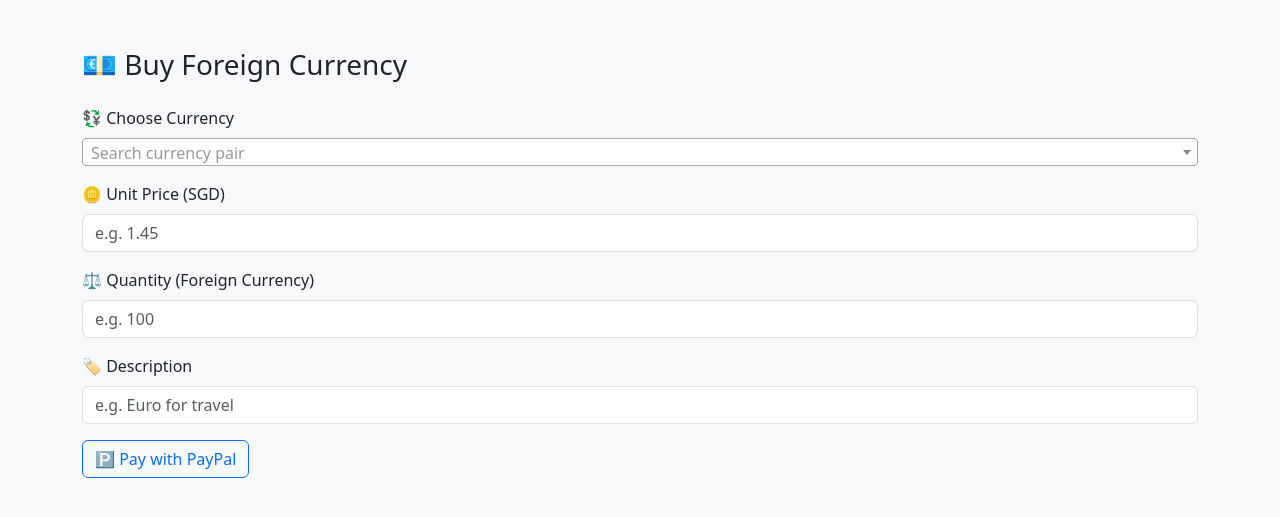
Repository: MayThetNaingBo/MerlionFX-app
Page: templates/create_order.html
These files come from the project's save history. The page is drawn as it stood at one moment and after the next save; the edit follows.
The browser window is 1280 px wide. The pictures show the whole page.
Some web libraries are served in a nearby version. The page is served by the project's application, run on Flask 3 (app.py). The template is opened directly, without the code that normally fills it, so the values that code supplies are empty.

Above is the page before, as saved 2025-08-05 01:43:48.

After the next save:
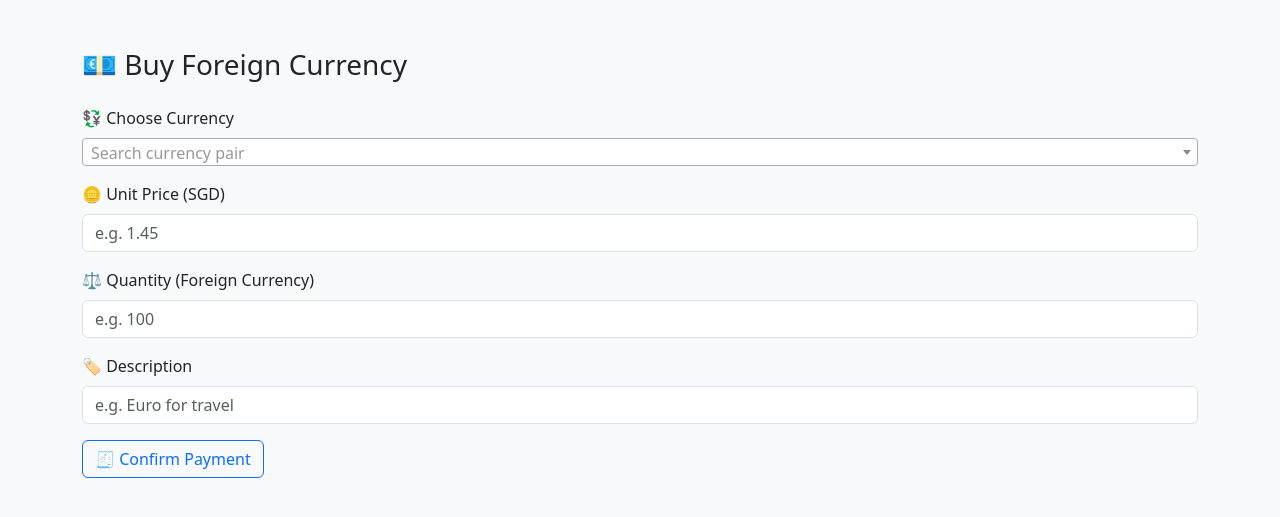
Saved 110 s later.
--- a/templates/create_order.html
+++ b/templates/create_order.html
@@ -3,11 +3,12 @@
 <head>
   <title>Buy FX - Merlion</title>
   <link href="https://cdn.jsdelivr.net/npm/bootstrap@5.3.2/dist/css/bootstrap.min.css" rel="stylesheet">
-
-  <!-- Add jQuery and Select2 for searchable dropdown -->
   <script src="https://code.jquery.com/jquery-3.6.0.min.js"></script>
   <link href="https://cdn.jsdelivr.net/npm/select2@4.1.0-rc.0/dist/css/select2.min.css" rel="stylesheet" />
   <script src="https://cdn.jsdelivr.net/npm/select2@4.1.0-rc.0/dist/js/select2.min.js"></script>
+
+  <!-- Bootstrap JS (for modal) -->
+  <script src="https://cdn.jsdelivr.net/npm/bootstrap@5.3.2/dist/js/bootstrap.bundle.min.js"></script>
 
   <script>
     $(document).ready(function() {
@@ -16,9 +17,8 @@
         width: '100%'
       });
 
-      // Fetch rate when currency changes
       $('#currencySelect').on('change', function () {
-        const selectedPair = $(this).val(); // e.g. "EURSGD"
+        const selectedPair = $(this).val();
         $.get("/get_fx_rate", { pair: selectedPair }, function (data) {
           if (data.rate) {
             $('input[name="itemUnitAmount"]').val(data.rate.toFixed(5));
@@ -27,6 +27,25 @@
           }
         });
       });
+
+      $('#confirmBtn').on('click', function (e) {
+        e.preventDefault();
+        const unitPrice = parseFloat($('input[name="itemUnitAmount"]').val());
+        const quantity = parseFloat($('input[name="itemQuantity"]').val());
+        const total = (unitPrice * quantity).toFixed(2);
+
+        $('#modalCurrency').text($('#currencySelect option:selected').text());
+        $('#modalQuantity').text(quantity);
+        $('#modalUnitPrice').text(unitPrice.toFixed(5));
+        $('#modalTotal').text(total);
+
+        const myModal = new bootstrap.Modal(document.getElementById('confirmModal'));
+        myModal.show();
+      });
+
+      $('#finalSubmitBtn').on('click', function () {
+        $('#fxForm').submit();
+      });
     });
   </script>
 </head>
@@ -34,11 +53,10 @@
 <body class="bg-light">
   <div class="container mt-5">
     <h3 class="mb-4">💶 Buy Foreign Currency</h3>
-    <form method="POST" action="/process_order">
+    <form method="POST" action="/process_order" id="fxForm">
       <input type="hidden" name="customerEmailAdd" value="{{ fEmail }}">
       <input type="hidden" name="invoiceID" value="{{ finvoiceID }}">
 
-      <!-- Dynamic FX Dropdown -->
       <div class="mb-3">
         <label class="form-label">💱 Choose Currency</label>
         <select class="form-select" id="currencySelect" name="itemName" required>
@@ -50,7 +68,6 @@
         </select>
       </div>
 
-      <!-- Current Unit Rate -->
       <div class="mb-3">
         <label class="form-label">🪙 Unit Price (SGD)</label>
         <input type="number" step="0.0001" name="itemUnitAmount"
@@ -58,22 +75,41 @@
                value="{{ defaultRate }}" placeholder="e.g. 1.45">
       </div>
 
-      <!-- Quantity -->
       <div class="mb-3">
         <label class="form-label">⚖️ Quantity (Foreign Currency)</label>
         <input type="number" name="itemQuantity" class="form-control" required placeholder="e.g. 100">
       </div>
 
-      <!-- Description -->
       <div class="mb-3">
         <label class="form-label">🏷️ Description</label>
         <input type="text" name="itemDescription" class="form-control" placeholder="e.g. Euro for travel">
       </div>
 
-      <button type="submit" class="btn btn-outline-primary">🅿️ Pay with PayPal</button>
+      <button type="button" class="btn btn-outline-primary" id="confirmBtn">🧾 Confirm Payment</button>
     </form>
   </div>
 
-
+  <!-- Confirmation Modal -->
+  <div class="modal fade" id="confirmModal" tabindex="-1" aria-labelledby="confirmModalLabel" aria-hidden="true">
+    <div class="modal-dialog modal-dialog-centered">
+      <div class="modal-content">
+        <div class="modal-header bg-primary text-white">
+          <h5 class="modal-title" id="confirmModalLabel">💡 Confirm Your FX Purchase</h5>
+          <button type="button" class="btn-close btn-close-white" data-bs-dismiss="modal" aria-label="Close"></button>
+        </div>
+        <div class="modal-body">
+          <p><strong>Currency:</strong> <span id="modalCurrency"></span></p>
+          <p><strong>Quantity:</strong> <span id="modalQuantity"></span></p>
+          <p><strong>Unit Price (SGD):</strong> <span id="modalUnitPrice"></span></p>
+          <hr>
+          <p><strong>Total Amount (SGD):</strong> <span id="modalTotal" class="fw-bold text-success"></span></p>
+        </div>
+        <div class="modal-footer">
+          <button type="button" class="btn btn-secondary" data-bs-dismiss="modal">Cancel</button>
+          <button type="button" class="btn btn-primary" id="finalSubmitBtn">Confirm and Pay</button>
+        </div>
+      </div>
+    </div>
+  </div>
 </body>
 </html>
